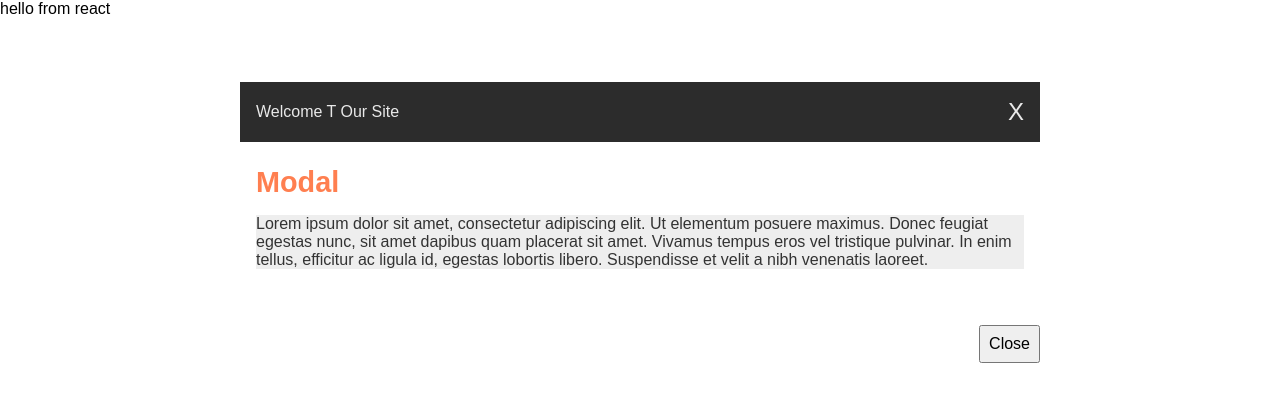
Repository: KrzysKolo/sr_tydzien5_zad1
Page: /
These files come from the project's save history. The page is drawn as it stood at one moment and after the next save; the edit follows.
The browser window is 1280 px wide. The pictures show the whole page.
The project was rebuilt for these pictures with package versions that can differ from the ones it lists, and the page was loaded fresh each time.

Above is the page before, as saved 2020-12-18 13:50:57.

After the next save:
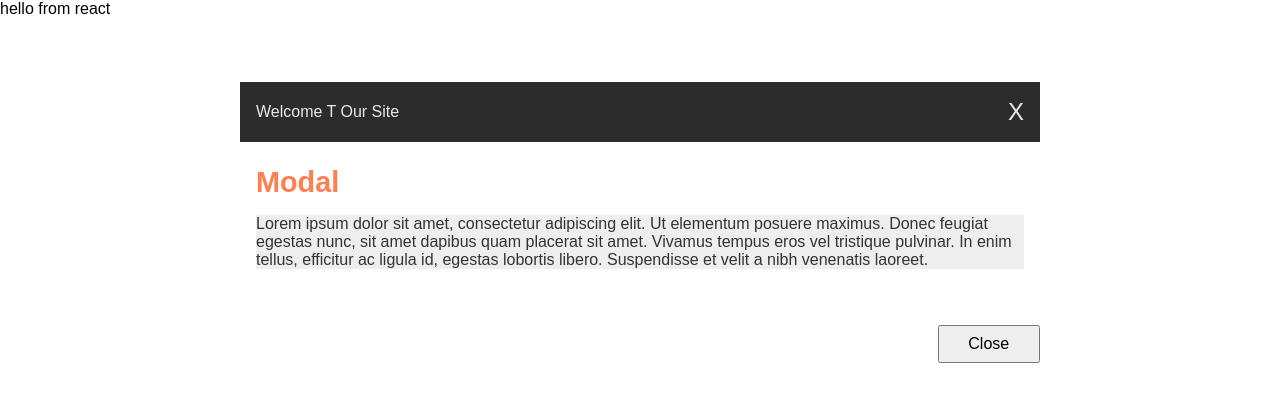
Saved 19 s later.
--- a/src/components/modal/Modal.css
+++ b/src/components/modal/Modal.css
@@ -44,5 +44,5 @@ body {
   display: block;
   font-size: 1rem;
   margin-left: auto;
-  padding: 0.5rem;
+  padding: 0.5rem 1.8rem;
 }
